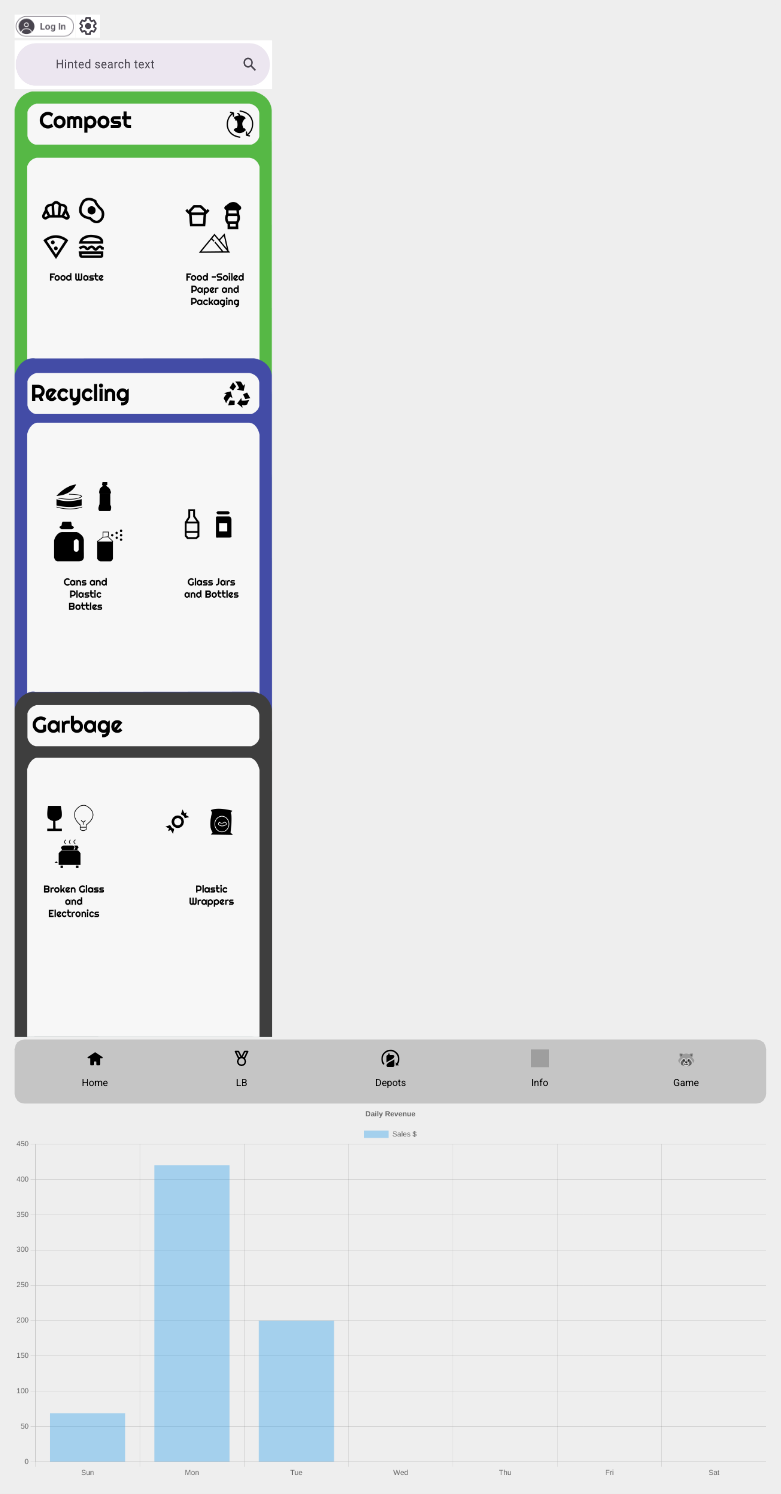
Repository: alemunden/Trash-Scavengers
Page: /Info
An editor plug-in stored every save of this project. The page is shown before and after the next save, followed by the edit.
The browser window is 1280 px wide. The pictures show the whole page, at 61% of full size.
Pictures or frames that could not be fetched are drawn as grey boxes. The project was rebuilt for these pictures with package versions that can differ from the ones it lists, and the page was loaded fresh each time. The framework's server and built-in components were replaced by stand-ins that run in the browser. Also part of the build but not shown: next.config.mjs, styles/Home.module.css.

Above is the page before, as saved 2024-04-28 14:06:20.

### pages/Info.js
import Head from "next/head";
import Image from "next/image";
import styles from "@/styles/Home.module.css";
import Link from 'next/link'
import NavBar from "@/components/NavBar";
import VerticalChart from "@/components/VerticalChart";

export default function Info() {
    return(
        <>
        <main>
        <div class="logInSettingsInfo">
        <Image src={'/MiaCards/LogIn.png'} width={100} height={38}/>
        <Image src={'/MiaCards/SettingsIcon.png'} width={40} height={38}/>
       </div>
       <div class="searchBarInfo">
          <Image src={'/MiaCards/SearchBar.png'} width={422} height={80}/>
        </div>
        <div class="infoCard">
            <Image src={'/MiaCards/Asset 6.png'} width={422} height={1550}/>
        </div>
        <div>
            <NavBar/>
        </div>
        <div>
            <VerticalChart/>
        </div>
        </main>
        </>
    )
}

### styles/globals.css
:root {
    --white: #eee;
    --black: #000;
    --light-green: #B4E88C;
    --light-blue: #9EBAE5;
    --light-gray: #c5c5c5;
    --light-yellow: #F3CD70;
    --light-pink: #F3D9D9;
    --medium-green: #429600;
    --gold: #ED9F26;

}

html, body {
    overflow-x: hidden;
    background-color: var(--white);
  }

main {
    padding: 1rem;
  }

li {
    list-style-type: none;
    cursor: pointer;
    margin: 1rem;
    width: 100%;
    padding: 0.5rem;
    color: #000105;
    background-color: var(--light-blue);
    border-radius: 1rem;
    border-bottom: 6px solid #7893bb;
    font-family: "Righteous", sans-serif;
    text-align: center;
    font-size: 1.5rem;
  }

.liHover:hover {
    background-color: #7893bb;
    columns: #fff;
}

.liSelected {
    color: #fff;
    background-color: #000925;
}

### components/NavBar/index.js
import styles from './NavBar.module.css'
import Image from 'next/image'

export default function NavBar() {
    return(
        <>
        <link rel="preconnect" href="https://fonts.googleapis.com"/>
        <link rel="preconnect" href="https://fonts.gstatic.com" crossorigin/>
        <link href="https://fonts.googleapis.com/css2?family=Roboto:ital,wght@0,100;0,300;0,400;0,500;0,700;0,900;1,100;1,300;1,400;1,500;1,700;1,900&display=swap" rel="stylesheet"/>
            <div className={styles.navBarContainer}>
                <div className={styles.navBarItem}>
                    <Image src={'/home-icon.svg'} height={30} width={30} className={styles.navBarImage}/>
                    <p className={styles.navBarLabel}>Home</p>
                </div>
                <div className={styles.navBarItem}>
                    <Image src={'/lb-icon.svg'} height={30} width={30} className={styles.navBarImage}/>
                    <p className={styles.navBarLabel}>LB</p>
                </div>
                <div className={styles.navBarItem}>
                    <Image src={'/depots-icon.svg'} height={30} width={30} className={styles.navBarImage}/>
                    <p className={styles.navBarLabel}>Depots</p>
                </div>
                <div className={styles.navBarItem}>
                    <Image src={'/recycle-icon.svg'} height={30} width={30} className={styles.navBarImage}/>
                    <p className={styles.navBarLabel}>Info</p>
                </div>
                <div className={styles.navBarItem}>
                    <Image src={'/raccoon-icon.svg'} height={30} width={30} className={styles.navBarImage}/>
                    <p className={styles.navBarLabel}>Game</p>
                </div>
            </div>
        </>
    )
}

### components/VerticalChart/index.js
import styles from './VerticalChart.module.css'
import { Bar, Line } from 'react-chartjs-2'
import {
    Chart as ChartJS,
    CategoryScale,
    LinearScale,
    BarElement,
    Title,
    Tooltip,
    Legend
} from 'chart.js'
import { useEffect, useState } from 'react'

ChartJS.register(
    CategoryScale,
    LinearScale,
    BarElement,
    Title,
    Tooltip,
    Legend
)

export default function VerticalChart() {
    const [chartData, setChartData] = useState({
        datasets: []
    })
    const [chartOptions, setChartOptions] = useState({});
    useEffect(() => {
        setChartData({
            labels: ["Sun", "Mon", "Tue", "Wed", "Thu", "Fri", "Sat"],
            datasets: [
                {
                    label: 'Sales $',
                    data: [69, 420, 200],
                    borderColor: 'rgb(53,162,235)',
                    backgroundColor: 'rgba(53,162,235,0.4)'
                }
            ]
        })
        setChartOptions({
            plugins: {
                legend: {
                    position: 'top'
                },
                title: {
                    display: true,
                    text: "Daily Revenue"
                }
            },
            maintainAspectRatio: false,
            responsive: true
        })
    }, [])
    return(
        <>
            <Bar data={chartData} options={chartOptions} style={{width: '500px', height: '300px'}} />
        </>
    )
}

### components/NavBar/NavBar.module.css
.navBarContainer {
    display: flex;
    flex-direction: row;
    justify-content: space-around;
    padding: 0.5rem;
    background-color: var(--light-gray);
    border-radius: 1rem;
    padding-top: 1rem;
    position: sticky;
    bottom: 0;
}

.navBarItem {
    display: flex;
    flex-direction: column;
    align-items: center;
    padding: 0;
}

.navBarImage {
    align-self: center;
}

.navBarLabel {
    font-size: 1rem;
    font-family: "Roboto", sans-serif;
    font-weight: medium;
}

Loaded but not shown: pages/_app.js (common file); pages/_document.js (common file); components/VerticalChart/VerticalChart.module.css (no stored copy; drawn as an empty file)

After the next save:
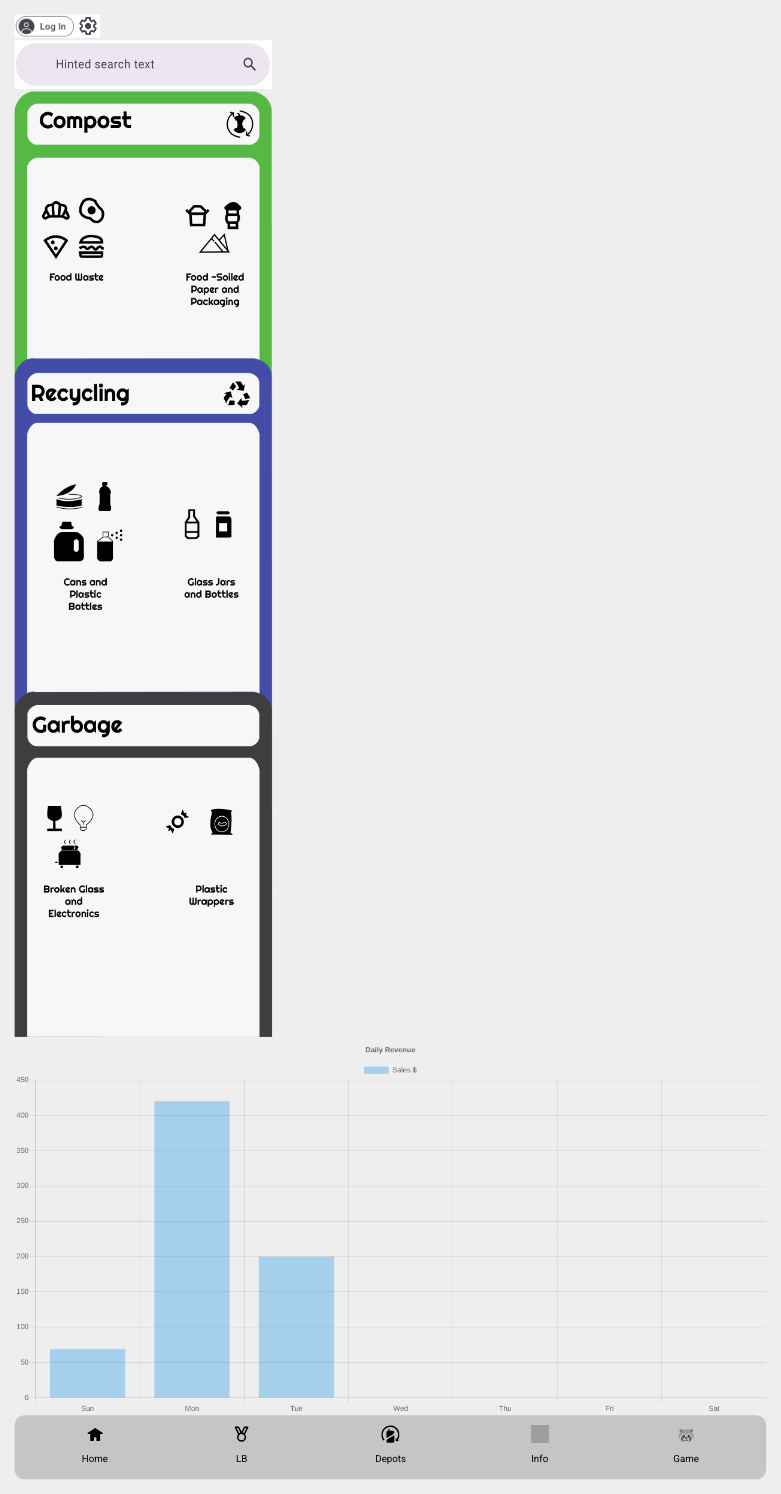
Saved 59 s later.
--- a/pages/Info.js
+++ b/pages/Info.js
@@ -20,10 +20,10 @@ export default function Info() {
             <Image src={'/MiaCards/Asset 6.png'} width={422} height={1550}/>
         </div>
         <div>
-            <NavBar/>
+            <VerticalChart/>
         </div>
         <div>
-            <VerticalChart/>
+            <NavBar/>
         </div>
         </main>
         </>
